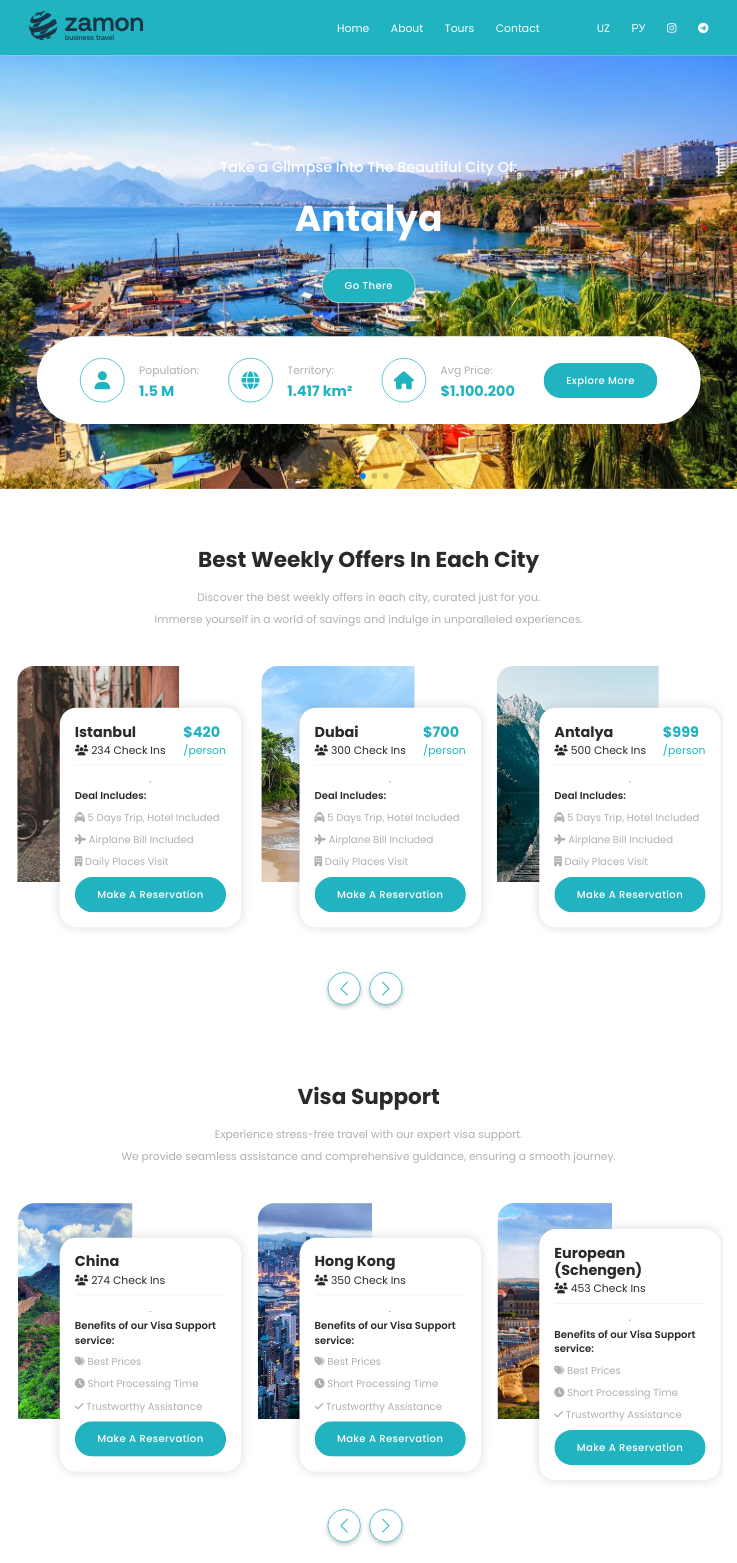
Repository: asadbekdev07/asadbekdev-zamontour-react
Page: /
An editor plug-in stored every save of this project. The page is shown before and after the next save, followed by the edit.
The browser window is 1024 px wide. The pictures show the whole page, at 72% of full size.
The project was rebuilt for these pictures with package versions that can differ from the ones it lists, and the page was loaded fresh each time. Also part of the build but not shown: vite.config.js.

Above is the page before, as saved 2024-05-26 17:27:04.

After the next save:
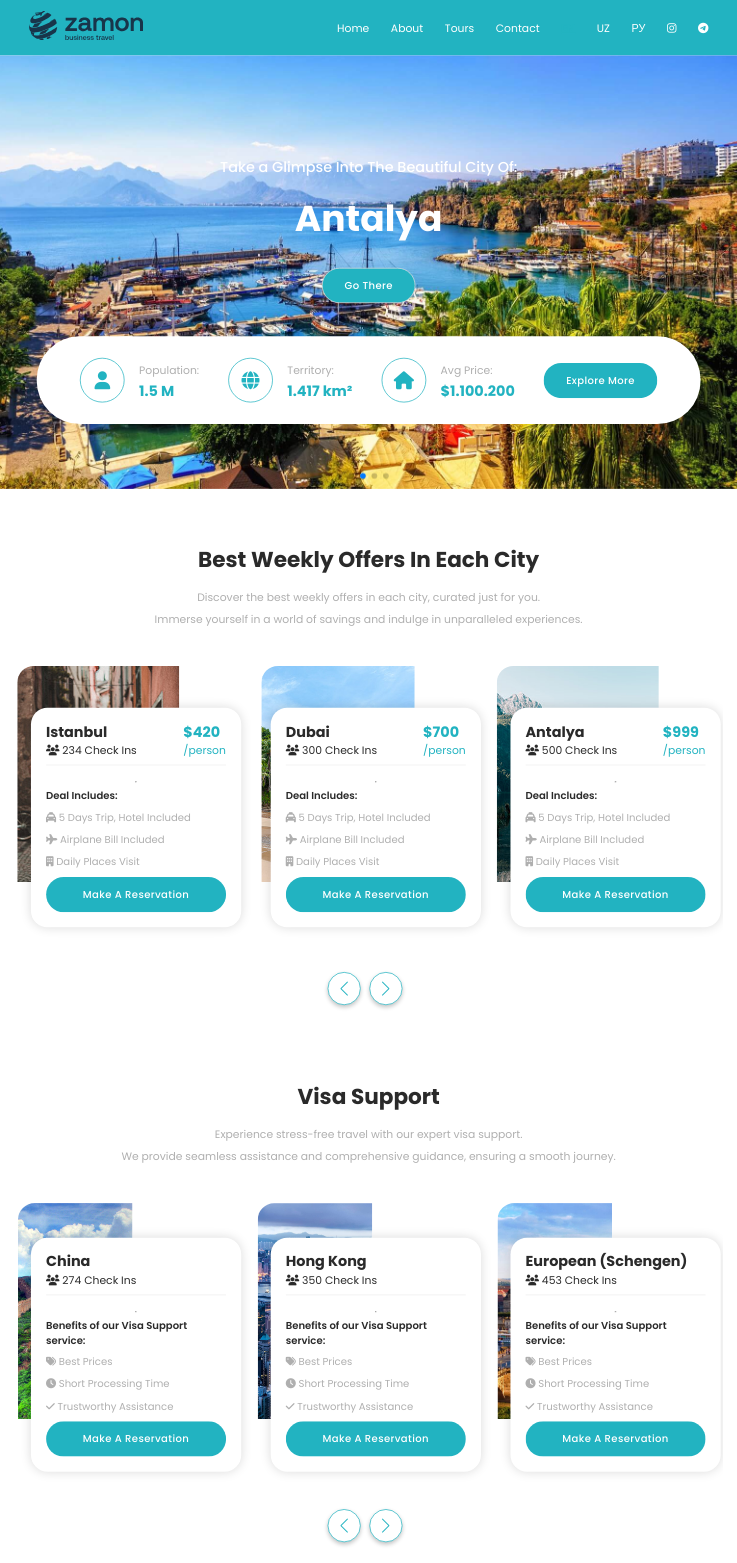
Saved 14 s later.
--- a/src/assets/styles/index.css
+++ b/src/assets/styles/index.css
@@ -722,7 +722,9 @@ select:-webkit-autofill:focus {
 }
 
 @media only screen and (min-width: 1000px) and (max-width: 1200px) {
-  .inner {}
+  .inner {
+    width: 250px;
+  }
 }
 
 @media only screen and (max-width: 700px) {
